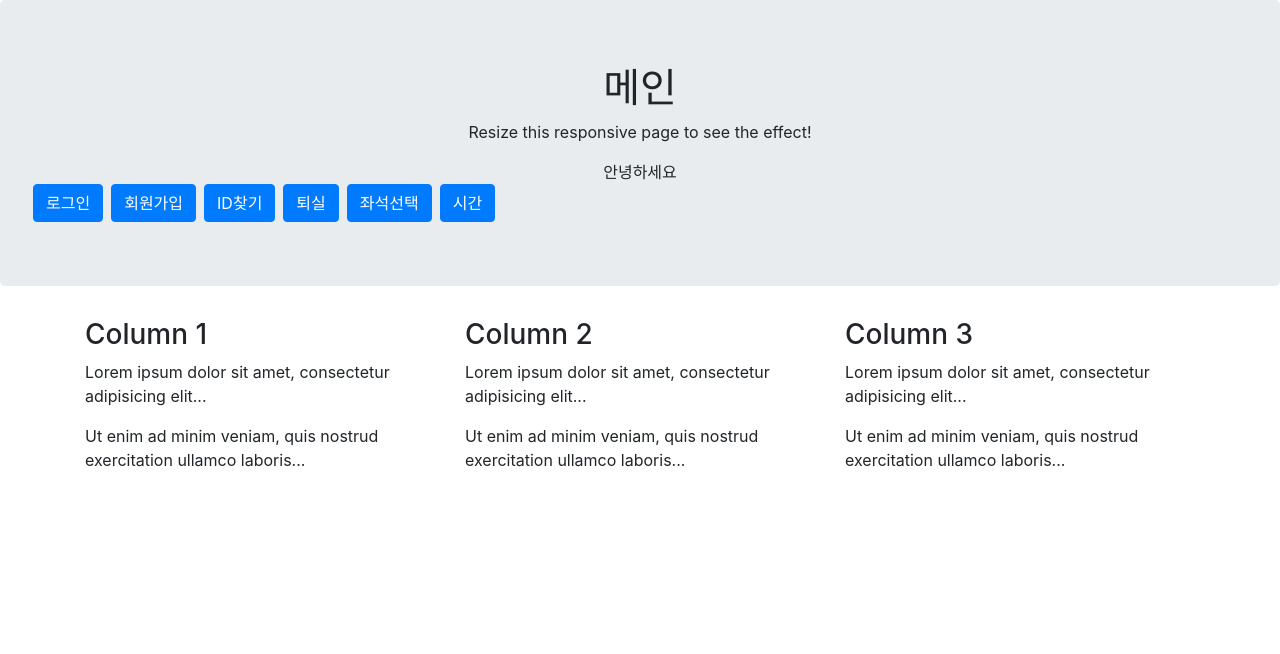
Repository: onlykjy03/JSP
Page: http://localhost/spro_mysql/
These files come from the project's save history. The page is drawn as it stood at one moment and after the next save; the edit follows.
The browser window is 1280 px wide. The pictures show the whole page.
The page is served by Tomcat 9.

Above is the page before, as saved 2021-04-27 02:52:02.

After the next save:
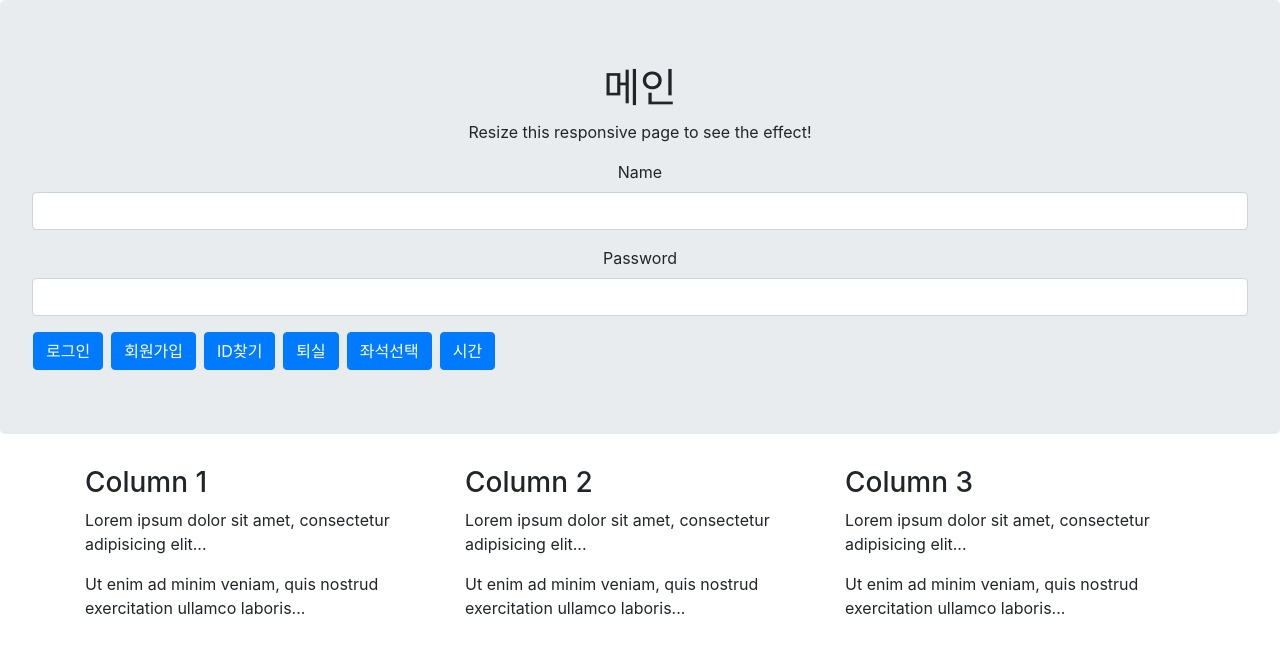
Saved 3 min 11 s later.
--- a/eclipse-workspace/spro_mysql/WebContent/index.jsp
+++ b/eclipse-workspace/spro_mysql/WebContent/index.jsp
@@ -57,10 +57,10 @@
 	<div class="jumbotron text-center">
 		<h1>메인</h1>
 		<p>Resize this responsive page to see the effect!</p>
-<% int a=1;
-if(a==1){
+<% Object name = session.getAttribute("name");
+if(name!=null){
 %>
-안녕하세요
+안녕하세요. <%out.print((String)name); %>님
 <%} else{ %>
 
 		<div class="form-group">
